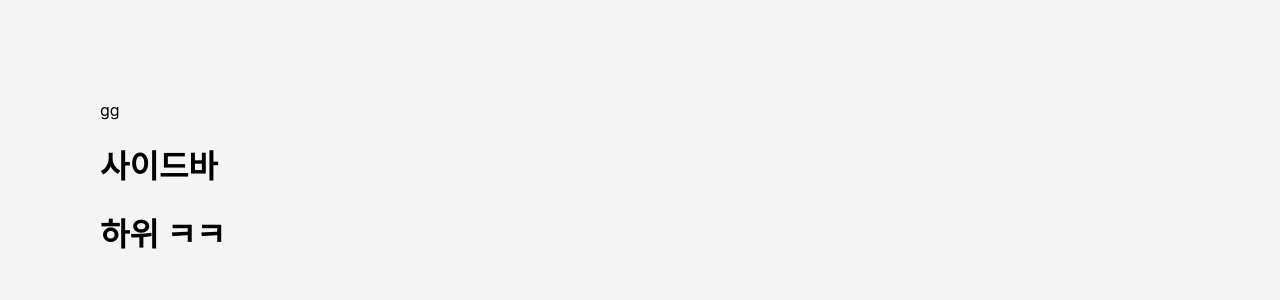
Repository: yangddoddi/community_react
Page: /
The author's editor kept a copy of each file at every save. The page is drawn from the files as they stood at one save, then again after the next save.
The browser window is 1280 px wide. The pictures show the whole page.
The page's requests for data from a server got no answer. The project was rebuilt for these pictures with package versions that can differ from the ones it lists, and the page was loaded fresh each time. No one was signed in, and anything a server would have sent is missing.

Above is the page before, as saved 2022-08-16 23:26:34.

After the next save:
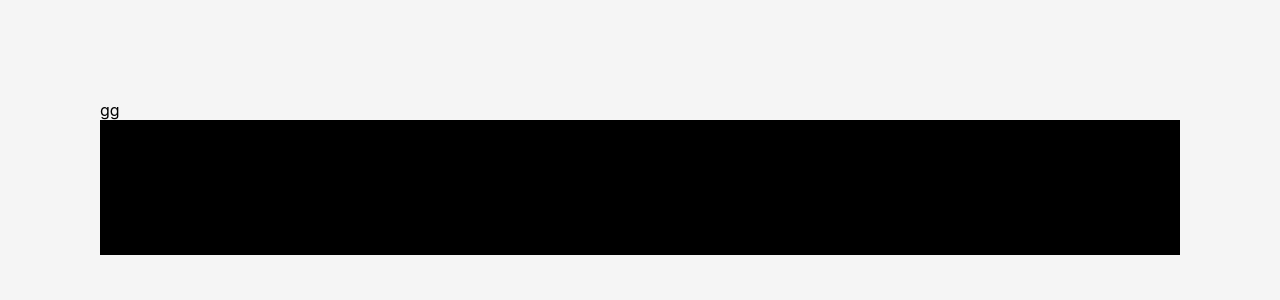
Saved 10 s later.
--- a/src/App.scss
+++ b/src/App.scss
@@ -1,4 +1,7 @@
 
+.container {
+    background-color: black;
+}
 
 body {
     padding: 100px;
